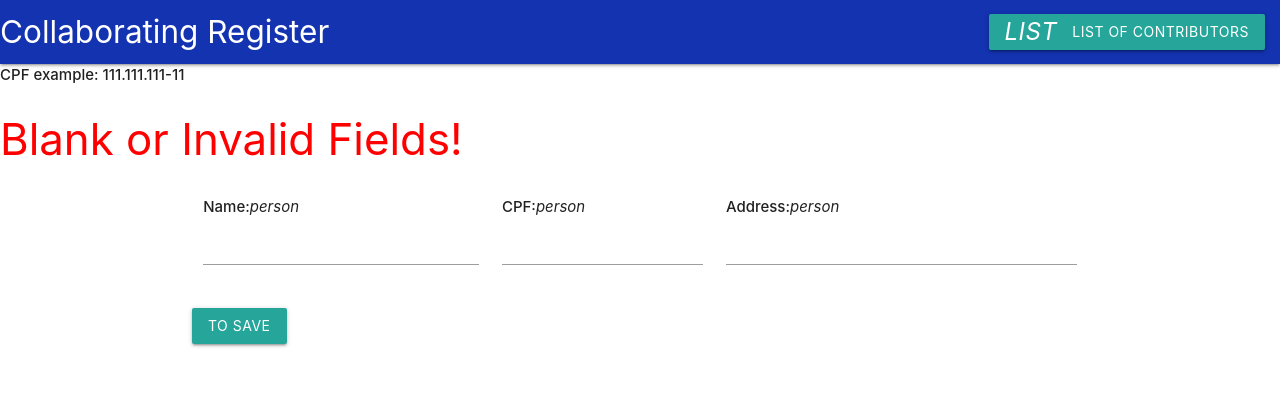
Repository: matheusf98/Api-REST_Brasilprev
Page: http://localhost/collaborator/formCollaboratorError
These files come from the project's save history. The page is drawn as it stood at one moment and after the next save; the edit follows.
The browser window is 1280 px wide. The pictures show the whole page.
The page is this project's Thymeleaf template; nobody is signed in. The template is opened directly, without the code that normally fills it, so the values that code supplies are empty.

Above is the page before, as saved 2020-09-15 02:58:53.

After the next save:
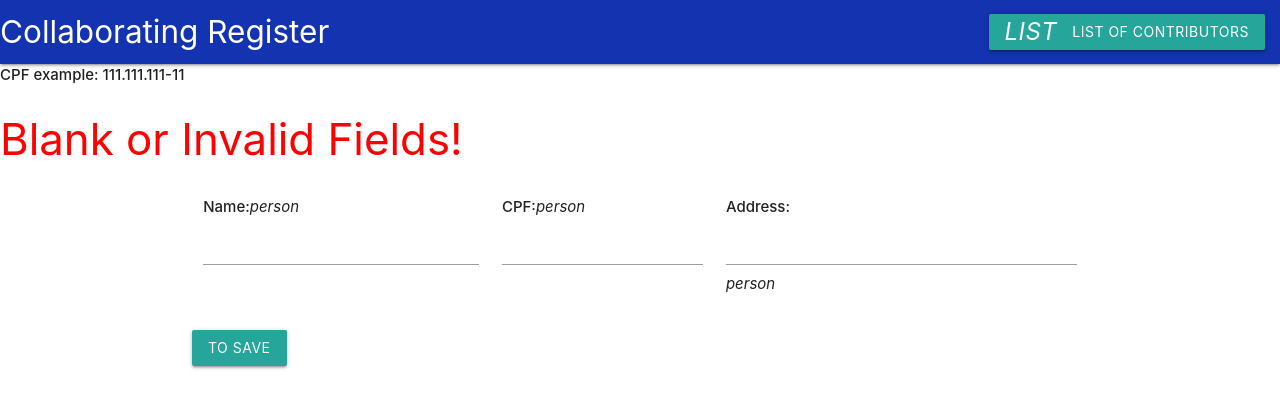
Saved 23 s later.
--- a/collaborator/src/main/resources/templates/collaborator/formCollaboratorError.html
+++ b/collaborator/src/main/resources/templates/collaborator/formCollaboratorError.html
@@ -33,7 +33,7 @@
 			<strong>CPF:</strong><i class="material-icons center">person</i><input type="text" value="" name="cpf"/>
 		</div>
 		<div class="input-field col s5">
-			<strong>Address:</strong><i class="material-icons center">person</i><input type="text" value="" name="address"/>
+			<strong>Address:</strong><input type="text" value="" name="address"/><i class="material-icons center">person</i>
 		</div>
 	</div>
 		<button class="waves-effect waves-light btn" type="submit">To save</button>
